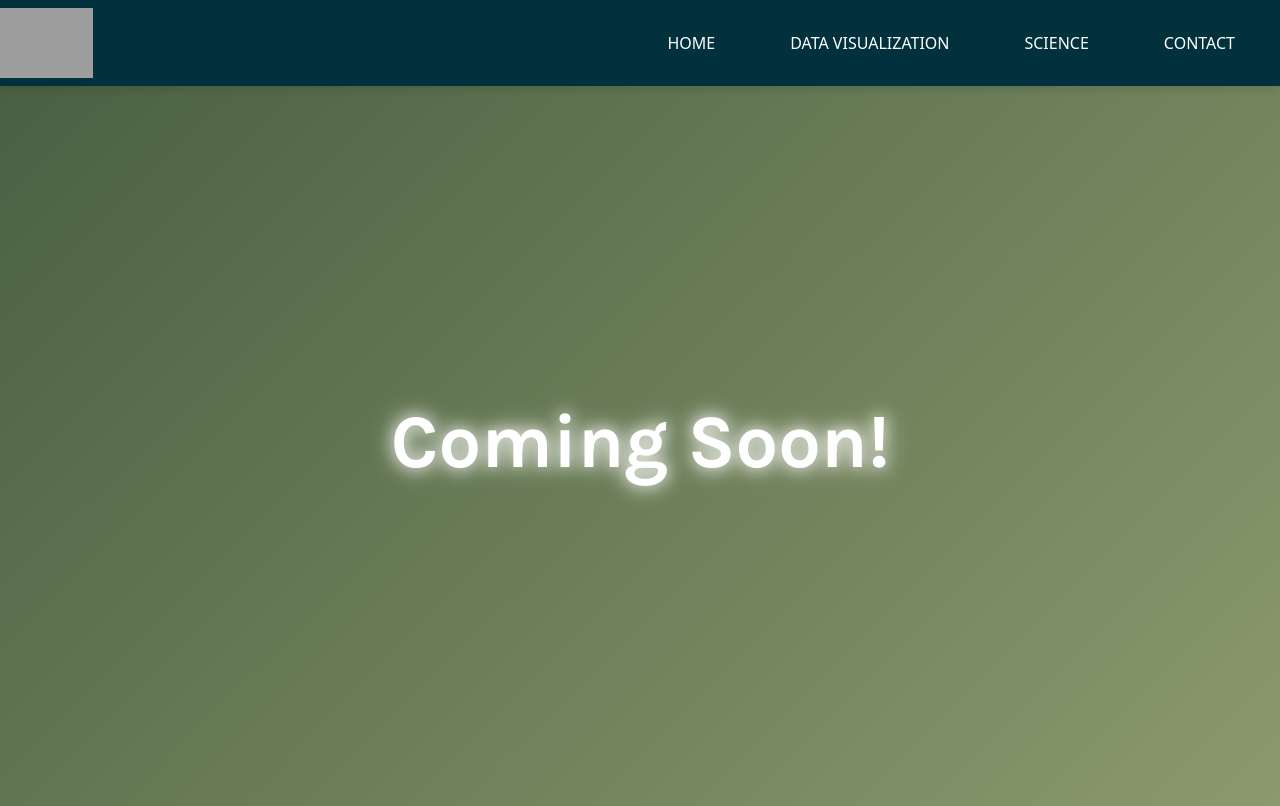
Repository: chukriisty/smartsoils-testbed
Page: /science
An editor plug-in stored every save of this project. The page is shown before and after the next save, followed by the edit.
The browser window is 1280 px wide. The pictures show the whole page.
Pictures or frames that could not be fetched are drawn as grey boxes. Some web fonts or font styles are not loaded; a fallback is used. The project was rebuilt for these pictures with package versions that can differ from the ones it lists, and the page was loaded fresh each time. Also part of the build but not shown: src/pages/HomePage.js, src/components/VisualizationPanel.js, src/pages/DataVisualizationPage.js, src/pages/PhenocamPage.js, src/pages/ERT.js, src/components/3DSensorLayout.css, src/components/3DSensorLayout.js, src/components/ControlPanel.css and 8 more.

Above is the page before, as saved 2024-09-26 18:22:49.

### public/index.html
<!DOCTYPE html>
<html lang="en">
  <head>
    <meta charset="utf-8" />

    <link rel="icon" href="https://smartsoils-testbed.s3.amazonaws.com/assets/thumbnail.png" type="image/png" />
    <meta name="viewport" content="width=device-width, initial-scale=1" />
    <meta name="theme-color" content="#000000" />
    <link rel="manifest" href="%PUBLIC_URL%/manifest.json" />
    <link href="https://fonts.googleapis.com/css2?family=Poppins:wght@400;700&display=swap" rel="stylesheet">
    <!-- In your public/index.html file -->
    <link href="https://fonts.googleapis.com/css2?family=Roboto:wght@400;700&display=swap" rel="stylesheet">
    <link href="https://fonts.googleapis.com/css2?family=Karla:wght@400;700&display=swap" rel="stylesheet">
    <link href="https://fonts.googleapis.com/css2?family=Astra&display=swap" rel="stylesheet">

    <title>SmartSOILS Testbed</title>
  </head>
  <body>
    <noscript>You need to enable JavaScript to run this app.</noscript>
    <div id="root"></div>
  </body>
</html>

### src/App.css
.App {
  text-align: center;
}

body {
  font-family: 'Montserrat', sans-serif;
  background-color: #f5f5f5;
  color: #63666A;
  margin: 0;
  padding: 0;
}

.main-content {
  padding-top: 0px; /* Adjust this value based on your navbar height */
}

### src/components/Navbar.css
/* Navbar.css */

/* Updated Navbar with Fixed Position */
/* Navbar.css */

.navbar {
  position: fixed; /* Stick the navbar to the top of the viewport */
  top: 0;
  width: 100%;
  background-color: #00313C;
  padding: 20px 40px;
  z-index: 1000; /* High z-index to ensure it stays on top of other content */
  display: flex;
  justify-content: space-between;
  align-items: center;
  box-shadow: 0 4px 8px rgba(0, 0, 0, 0.1);
}


/* Additional styles for navbar links, logo, etc. */
.navbar-logo img {
  height: 70px; /* Adjust the logo size */
  width: auto; /* Maintain aspect ratio */
}

.navbar-links {
  list-style: none;
  display: flex;
  gap: 35px; /* Space between links */
  margin: 0;
  padding: 0;
  margin-right: 25px;
}

/* .navbar-links li {
  font-weight: bold;
} */

.navbar-links a {
  color: #ffffff; /* Text color */
  text-decoration: none;
  font-weight: 400;
  background-color: transparent; /* Transparent background */
  padding: 10px 20px; /* Padding for spacing */
  transition: color 0.3s ease;
}

.navbar-links a:hover {
  color: #74AA50; /* Green color on hover */
}

.navbar-links a:focus {
  background-color: transparent; /* Remove focus background color */
  outline: none; /* Remove the default outline */
}

/* Adjust the main content's top padding to avoid being hidden under the navbar */
.main-content {
  padding-top: 80px; /* Adjust based on navbar height */
}

### src/pages/DataVisualization.css
/* DataVisualization.css */

body {
  font-family: 'Karla', sans-serif; /* Update the global font to Karla */
  padding-top: 80px;
}

.data-title {
  font-size: 35px; /* Larger font size for the title */
  color: #000; /* White color for the text to stand out on the overlay */
  text-align: center; /* Center-align the title */
  margin-top: 30px;
  margin-bottom: 10px; /* Add some space below the title */
  font-weight: 700; /* Make the title bold */
  position: relative; /* Position relative to create a context for the overlay */
  display: inline-block; /* Shrink-wrap the content */
  padding: 15px 34px; /* Add padding around the text for better spacing */
}

.intro-text {
  font-size: 16px; /* Reduce the font size */
  color: #63666a; /* Subtle grey color */
  text-align: center; /* Center the text */
  max-width: 800px; /* Limit the width */
  margin: 0 auto 10px auto; /* Center and add space below */
}

### src/pages/SciencePage.css
/* SciencePage.css */

/* Main page styling */
.science-main-content {
    display: flex;
    justify-content: center;
    align-items: center;
    height: 100vh; /* Full height viewport */
    background: linear-gradient(135deg, #4b6043, #8b9a6d); /* Gradient background */
    font-family: 'Karla', sans-serif; /* Nice, clean font */
    overflow: hidden;
  }

  /* Pulsating 'Coming Soon' text */
  .coming-soon-text {
    font-size: 72px;
    font-weight: bold;
    color: white;
    text-shadow: 0px 0px 10px rgba(255, 255, 255, 0.8), 0px 0px 20px rgba(255, 255, 255, 0.5);
    animation: pulse 1.5s infinite; /* Pulse animation */
  }

  /* Animation for text */
  @keyframes pulse {
    0% {
      transform: scale(1);
      text-shadow: 0px 0px 10px rgba(255, 255, 255, 0.8), 0px 0px 20px rgba(255, 255, 255, 0.5);
    }
    50% {
      transform: scale(1.1); /* Scale up the text */
      text-shadow: 0px 0px 20px rgba(255, 255, 255, 1), 0px 0px 30px rgba(255, 255, 255, 0.8);
    }
    100% {
      transform: scale(1);
      text-shadow: 0px 0px 10px rgba(255, 255, 255, 0.8), 0px 0px 20px rgba(255, 255, 255, 0.5);
    }
  }

  /* Optional background animation */
  @keyframes backgroundMove {
    0% {
      background-position: 0 0;
    }
    100% {
      background-position: 100% 100%;
    }
  }

### src/pages/PhenocamPage.css
/* PhenocamPage.css */

/* Keyframes for sliding in from the left */
@keyframes slideInFromLeft {
  from {
    opacity: 0;
    transform: translateX(-50px);
  }
  to {
    opacity: 1;
    transform: translateX(0);
  }
}

/* Keyframes for fade-in animation */
@keyframes fadeIn {
  from {
    opacity: 0;
    transform: translateY(20px); /* Slight upward shift */
  }
  to {
    opacity: 1;
    transform: translateY(0); /* End in place */
  }
}

/* Main page styles */
body, .phenocam-page {
  font-family: 'Karla', sans-serif;
}

.phenocam-page {
  display: flex;
  justify-content: space-between;
  padding: 20px;
  position: relative;
}

/* Description box slides in from the left */
.description-box {
  width: 30%; /* Adjust width as needed */
  background-color: #ffffff;
  padding: 20px;
  border-radius: 8px;
  box-shadow: 0 4px 8px rgba(0, 0, 0, 0.1);
  color: #000000; /* Black text for clear readability */
  margin-top: 80px; /* Increased top margin to avoid overlap with the back arrow */
  border: 2px solid #4b6043; /* Add a border to make it pop */
  margin-right: 10px; /* Reduced margin to bring it closer to the timelapse */
  margin-left:100px;
  animation: slideInFromLeft 1s ease-out; /* Slide in effect */
  text-align: left
}

.description-box h2 {
  font-size: 24px;
  margin-bottom: 10px;
}

.custom-line {
  width: 100%;
  height: 2px;
  background-color: #000000; /* Dark grey color for the line */
  border: none;
  margin: 10px 0 20px 0; /* Adjust the margin to position the line */
}

.description-box p {
  font-size: 16px;
  margin-bottom: 20px;
}

.description-box h6 {
  margin-left: 40px;
}

/* Play/Pause button */
.play-pause-button {
  padding: 10px 20px;
  background-color: #8b9a6d;
  color: #fff;
  border: none;
  border-radius: 5px;
  cursor: pointer;
  transition: transform 0.3s ease, background-color 0.3s ease; /* Smooth transition for hover effect */
}

.play-pause-button:hover {
  transform: scale(1.1); /* Slightly increase size on hover */
  background-color: #4b6043; /* Change color on hover */
}

/* Timelapse container with fade-in effect */
.timelapse-container {
  width: 55%; /* Adjust width as needed */
  display: flex;
  flex-direction: column;
  align-items: center;
  justify-content: center;
  position: relative;
  margin-left: 10px; /* Reduced margin to bring it closer to the description box */
  margin-right: 80px;
  animation: fadeIn 1.5s ease-out; /* Fade-in effect */
}

/* Image container */
.image-container {
  width: 100%; /* Adjusted width for a more focused display */
  height: auto; /* Adjust height to better match image dimensions */
  display: flex;
  justify-content: center;
  align-items: center;
  border: 5px solid #8b9a6d; /* A soft, natural green color for the border */
  box-shadow: 0 8px 15px rgba(0, 0, 0, 0.2); /* Softer shadow for a more natural effect */
  border-radius: 10px; /* Rounded corners for a softer, organic feel */
  overflow: hidden; /* Ensure that images don't overflow the container */
  background-color: #f0f8e7; /* Light background color for a fresh, nature-inspired feel */
  position: relative; /* Needed to position the timeline and now viewing text */
}

.image-container img {
  max-width: 100%;
  height: auto; /* Maintain the aspect ratio */
  border-radius: 10px; /* Slightly round the image corners to match the container */
  box-shadow: 0 4px 8px rgba(0, 0, 0, 0.1); /* Add a subtle shadow to the image for depth */
  animation: fadeIn 2s ease-out; /* Fade-in effect for image */
}

/* Now viewing text with animation */
.now-viewing {
  position: absolute;
  bottom: 40px;
  left: 10px;
  background-color: #4b6043; /* Solid color for better visibility */
  color: #ffffff;
  padding: 10px 15px;
  border-radius: 8px;
  font-size: 16px;
  font-weight: bold;
  transition: transform 0.3s ease-in-out, background-color 0.3s ease-in-out; /* Add animation effects */
  animation: fadeIn 2s ease-out; /* Fade-in effect for the now-viewing text */
}

.now-viewing:hover {
  transform: scale(1.1); /* Slightly increase size on hover */
  background-color: #8b9a6d; /* Change background color on hover */
}

/* Logo image styling - maintaining correct size */
.logo-image {
  position: absolute;
  top: 33%; /* Position the logo 1/3 of the way down */
  right: 10px; /* Position the logo near the right edge */
  width: 100px; /* Fixed width for the logo */
  height: auto; /* Maintain aspect ratio */
  background-color: rgba(255, 255, 255, 0.6); /* Semi-transparent white background for the logo */
  padding: 5px; /* Add padding inside the background */
  border-radius: 5px; /* Rounded corners for the logo background */
  z-index: 5; /* Ensure the logo is above the timelapse but below the back arrow */
}

/* Slider styles for the interactive timeline */
.timeline-slider {
  width: 80%;
  margin-top: 20px;
  appearance: none;
  height: 5px;
  background: #8b9a6d;
  outline: none;
  opacity: 0.8;
  transition: opacity 0.2s;
  cursor: pointer;
}

.timeline-slider:hover {
  opacity: 1;
  background: linear-gradient(90deg, #8b9a6d 0%, #4b6043 100%); /* Gradient effect */
}

.timeline-slider::-webkit-slider-thumb {
  appearance: none;
  width: 20px;
  height: 20px;
  background: #4b6043;
  border-radius: 50%;
  cursor: pointer;
  transition: transform 0.2s ease, box-shadow 0.2s ease;
}

.timeline-slider::-moz-range-thumb {
  width: 20px;
  height: 20px;
  background: #4b6043;
  border-radius: 50%;
  cursor: pointer;
  transition: transform 0.2s ease, box-shadow 0.2s ease;
}

.timeline-slider::-webkit-slider-thumb:hover,
.timeline-slider::-moz-range-thumb:hover {
  transform: scale(1.2); /* Scale thumb on hover */
  box-shadow: 0 0 8px rgba(0, 0, 0, 0.2); /* Add shadow on hover */
}

### src/pages/ContactPage.css
.contact-page-container {
  display: flex;
  flex-direction: column;
  align-items: center;
  justify-content: center;
  padding: 40px;
  background-color: #f8f8f8;  /* Light background matching the site */
  color: #1b3a47;  /* Dark greenish text to match */
  font-family: 'Karla', sans-serif;
}

/* Heading Styling */
h1 {
  font-size: 42px;
  color: #00313c;  /* Darker color for main heading */
  margin-bottom: 25px;
  text-align: center;
}

/* Paragraph Styling */
p {
  font-size: 18px;
  color: #3b6f74;  /* Subdued green for regular text */
  text-align: center;
  max-width: 700px;
  line-height: 1.6;
  margin-bottom: 20px;
}

/* Contact Form Section */
.contact-form {
  margin-top: 30px;
  width: 100%;
  max-width: 900px;
}

.airtable-embed {
  width: 80%;
  height: 600px;
  border-radius: 8px;
  border: 1px solid #ccc;
  box-shadow: 0 4px 12px rgba(0, 0, 0, 0.1);  /* Soft shadow */
}

/* Additional contact info below the form */
.additional-contact-info {
  margin-top: 30px;
  font-size: 18px;
  color: #3b6f74;
  text-align: center;
}

/* Email link styling */
.additional-contact-info a {
  color: #f57c00;
  text-decoration: none;
  font-weight: bold;
}

.additional-contact-info a:hover {
  color: #ff8c00;
  text-decoration: underline;
}

/* Social Media Links */
.social-media-container {
  margin-top: 30px;
  text-align: center;
}

.social-media-container a {
  margin: 0 10px;
  color: #00313c;
  font-size: 24px;
  transition: color 0.3s ease;
}

.social-media-container a:hover {
  color: #ff8c00;  /* Orange color on hover */
}

/* Responsive design for smaller screens */
@media (max-width: 768px) {
  .contact-page-container {
    padding: 20px;
  }

  h1 {
    font-size: 32px;
  }

  p {
    font-size: 16px;
  }

  .contact-form {
    max-width: 100%;
  }

  .airtable-embed {
    height: 500px;
  }
}

### src/components/VisualizationPanel.css
/* General styles */
body {
  font-family: 'Karla', sans-serif;
}

/* Condensed Intro section */
.intro-section {
  background-color: #f9f9f9;
  padding: 20px 0; /* Reduce padding */
  margin-bottom: 20px;
  text-align: center;
}

.intro-text {
  font-size: 1rem; /* Reduced font size */
  color: #63666a;
  margin: 5px auto; /* Tighten margins */
  max-width: 600px; /* Limit the width of the intro text */
}

h1.data-title {
  color: #333;
  font-size: 1.8rem; /* Slightly reduce font size */
  margin-bottom: 5px; /* Reduce space between title and text */

}

/* Sensor panel and card styles */
.unique-sensor-panel {
  display: flex;
  flex-wrap: wrap;
  justify-content: center;
  gap: 20px;
  margin-top: 10px; /* Condensed top margin */
}

.unique-sensor-group {
  display: flex;
  flex-wrap: wrap;
  justify-content: center;
  margin-bottom: 20px; /* Space between rows */
}

.unique-sensor-card {
  position: relative;
  width: 270px;
  height: 400px;
  border-radius: 5px;
  overflow: hidden;
  background-color: #ffffff;
  box-shadow: 0 4px 8px rgba(190, 190, 190, 0.2);
  cursor: pointer;
  transition: transform 0.3s ease, box-shadow 0.3s ease;
  margin-left: 30px;
  margin-right: 30px;
}

.unique-sensor-card:hover {
  transform: scale(1.05);
  box-shadow: 0 8px 16px rgba(0, 0, 0, 0.1);
}

.unique-sensor-image-container {
  position: relative;
  width: 100%;
  height: 160px;
  overflow: hidden;
}

.unique-sensor-image {
  width: 100%;
  height: 100%;
  object-fit: cover;
}

.unique-sensor-overlay {
  position: absolute;
  top: 0;
  left: 0;
  width: 100%;
  height: 100%;
  background-color: rgba(0, 0, 0, 0.5);
  opacity: 1;
  transition: opacity 0.3s ease;
}

.unique-sensor-card:hover .unique-sensor-overlay {
  opacity: 0.7;
}

.unique-sensor-title {
  position: absolute;
  top: 50%;
  left: 50%;
  transform: translate(-50%, -50%);
  color: white;
  font-size: 1.2rem;
  font-family: 'Karla', sans-serif;
  font-weight: bold;
  text-align: center;
  text-shadow: 1px 1px 4px rgba(0, 0, 0, 0.7);
}

.unique-sensor-text-overlay {
  padding: 20px;
  display: flex;
  flex-direction: column;
  align-items: center;
  justify-content: space-between;
  text-align: center;
  height: 240px;
}

.unique-sensor-description {
  font-size: 0.95rem;
  color: #63666a;
  margin-bottom: 15px;
}

.unique-sensor-explore-button {
  padding: 8px 16px;
  border: 2px solid #ff6d00;
  color: #ff6d00;
  font-weight: bold;
  text-transform: uppercase;
  background-color: white;
  border-radius: 5px;
  transition: all 0.3s ease;
  text-decoration: none;
}

.unique-sensor-explore-button:hover {
  background-color: #ff6d00;
  color: white;
}

.section-divider {
  width: 100%;
  height: 2px;
  background-color: #e0e0e0;
  margin: 30px 0;
}

/* Fade-in effect */
@keyframes fadeIn {
  from {
    opacity: 0;
    transform: translateY(20px);
  }
  to {
    opacity: 1;
    transform: translateY(0);
  }
}

.fade-in {
  opacity: 0;
  transition: opacity 0.5s ease-out, transform 0.5s ease-out;
}

.fade-in-visible {
  opacity: 1;
  animation: fadeIn 0.6s ease-out;
}

Loaded but not shown: src/index.js (common file); src/index.css (common file); src/App.js (39 lines, source omitted); src/components/Navbar.js (32 lines, source omitted); src/pages/SciencePage.js (14 lines, source omitted); src/pages/ERT.css (427 lines, source omitted); src/pages/HomePage.css (450 lines, source omitted)

After the next save:
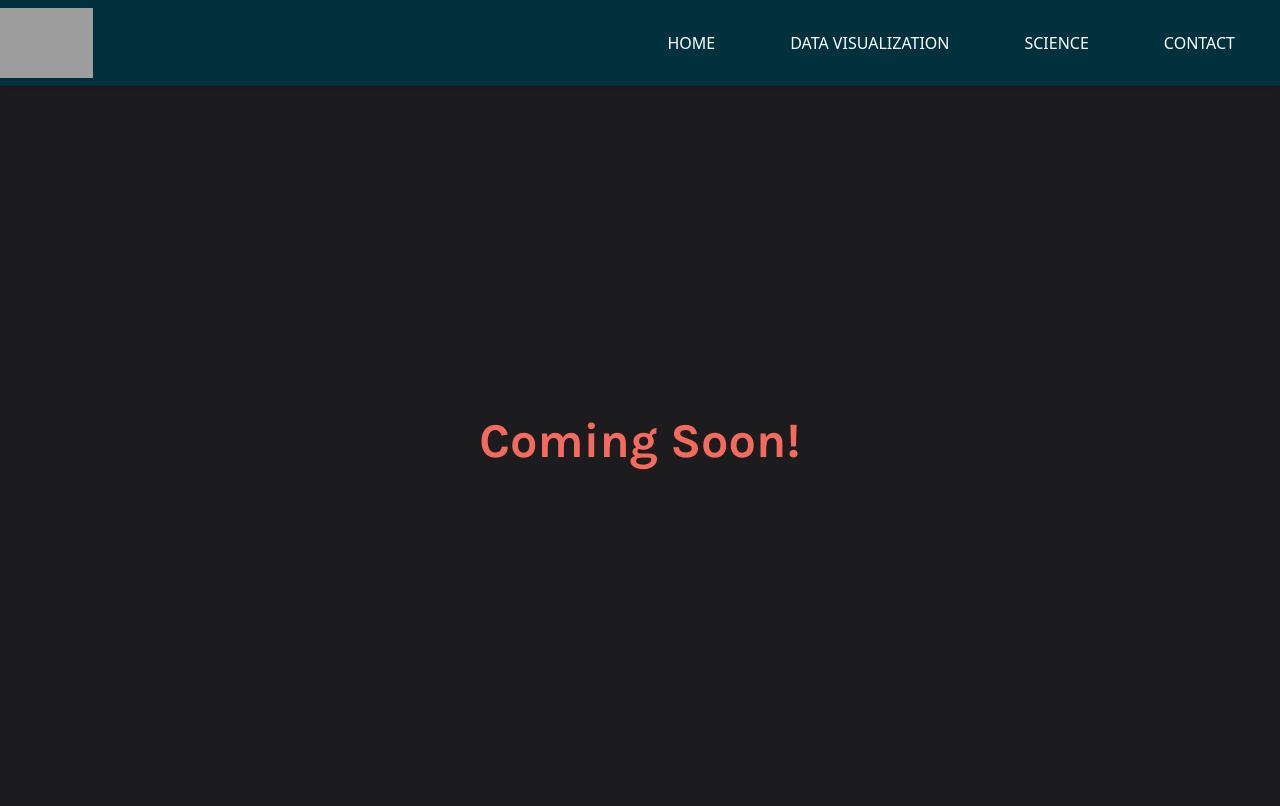
Saved 102 s later.
--- a/src/pages/SciencePage.css
+++ b/src/pages/SciencePage.css
@@ -1,47 +1,54 @@
-/* SciencePage.css */
-
-/* Main page styling */
-.science-main-content {
+/* Main container */
+.main-content {
     display: flex;
+    flex-direction: column;
     justify-content: center;
     align-items: center;
-    height: 100vh; /* Full height viewport */
-    background: linear-gradient(135deg, #4b6043, #8b9a6d); /* Gradient background */
-    font-family: 'Karla', sans-serif; /* Nice, clean font */
-    overflow: hidden;
+    height: 100vh; /* Full screen height */
+    background-color: #1c1c1e; /* Darker, elegant background */
+    color: #f2f2f2; /* Softer text color for better readability */
+    text-align: center;
   }
 
-  /* Pulsating 'Coming Soon' text */
-  .coming-soon-text {
-    font-size: 72px;
-    font-weight: bold;
-    color: white;
-    text-shadow: 0px 0px 10px rgba(255, 255, 255, 0.8), 0px 0px 20px rgba(255, 255, 255, 0.5);
-    animation: pulse 1.5s infinite; /* Pulse animation */
-  }
-
-  /* Animation for text */
+  /* Pulsating animation for the "Coming Soon" text */
   @keyframes pulse {
     0% {
       transform: scale(1);
-      text-shadow: 0px 0px 10px rgba(255, 255, 255, 0.8), 0px 0px 20px rgba(255, 255, 255, 0.5);
+      opacity: 1;
     }
     50% {
-      transform: scale(1.1); /* Scale up the text */
-      text-shadow: 0px 0px 20px rgba(255, 255, 255, 1), 0px 0px 30px rgba(255, 255, 255, 0.8);
+      transform: scale(1.05);
+      opacity: 0.8;
     }
     100% {
       transform: scale(1);
-      text-shadow: 0px 0px 10px rgba(255, 255, 255, 0.8), 0px 0px 20px rgba(255, 255, 255, 0.5);
+      opacity: 1;
     }
   }
 
-  /* Optional background animation */
-  @keyframes backgroundMove {
-    0% {
-      background-position: 0 0;
-    }
-    100% {
-      background-position: 100% 100%;
-    }
+  .coming-soon-text {
+    font-size: 48px;
+    font-weight: bold;
+    color: #ff6f61; /* Softer red-orange tone */
+    animation: pulse 2s infinite; /* Apply pulsating animation */
   }
+
+  /* Back to Home Button */
+  .back-home-button {
+    display: inline-block;
+    margin-top: 20px;
+    padding: 10px 20px;
+    background-color: #4b6043; /* Dark green for a softer effect */
+    color: #ffffff;
+    text-decoration: none;
+    border-radius: 8px;
+    font-size: 18px;
+    font-weight: bold;
+    transition: background-color 0.3s ease, transform 0.3s ease;
+  }
+
+  /* Button hover effect */
+  .back-home-button:hover {
+    background-color: #8b9a6d; /* Slightly lighter green on hover */
+    transform: scale(1.05); /* Grows slightly on hover */
+  }
